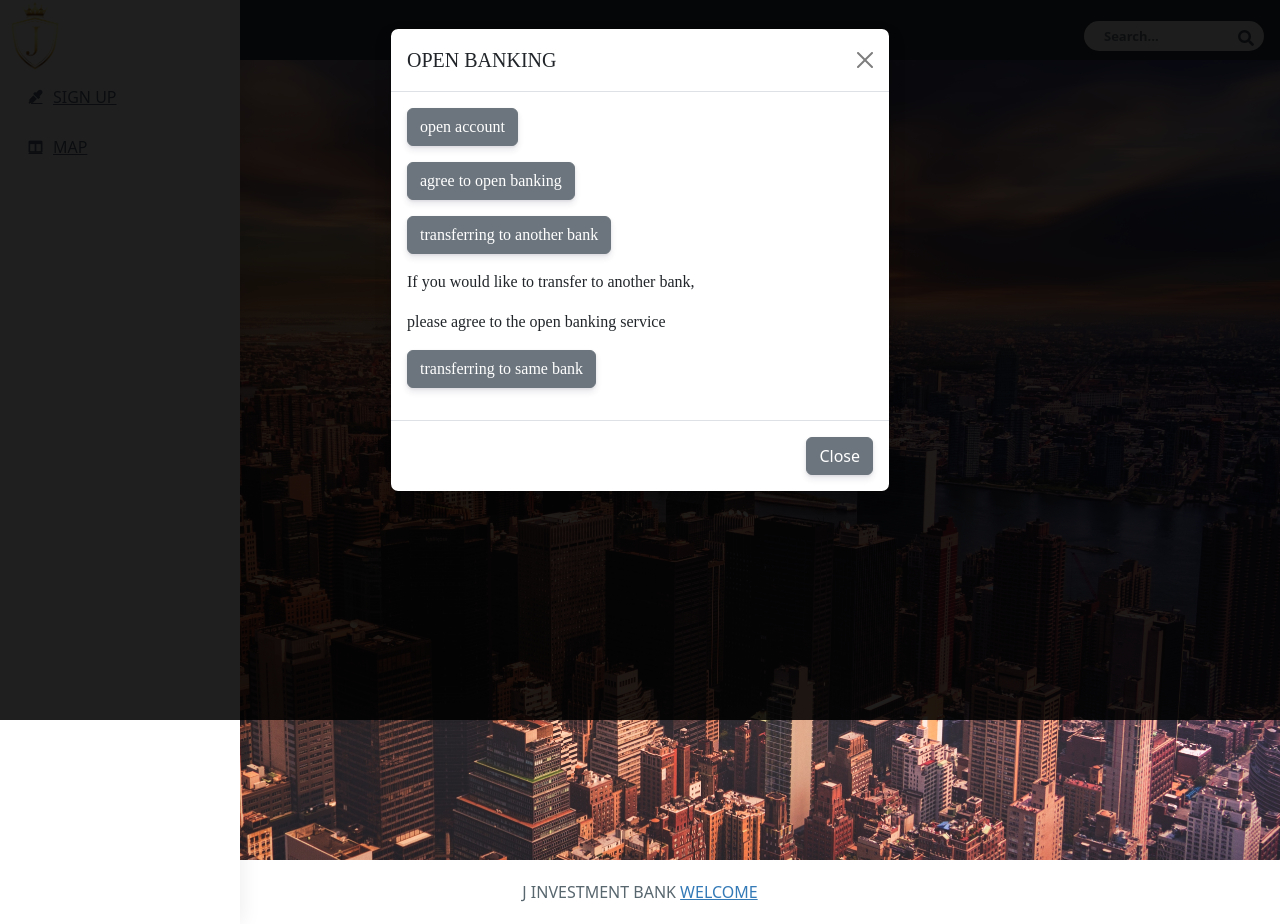
Repository: chopilyeon/HanaOpenBanking
Page: http://localhost/OpenBanking/jsp/bank/openBanking.jsp
The author's editor kept a copy of each file at every save. The page is drawn from the files as they stood at one save, then again after the next save.
The browser window is 1280 px wide. The pictures show the whole page.
Some web fonts or font styles are not loaded; a fallback is used. The page is served by Tomcat 9.

Above is the page before, as saved 2022-07-16 15:42:39.
Console error: TypeError: Cannot read properties of null (reading 'addEventListener')

After the next save:
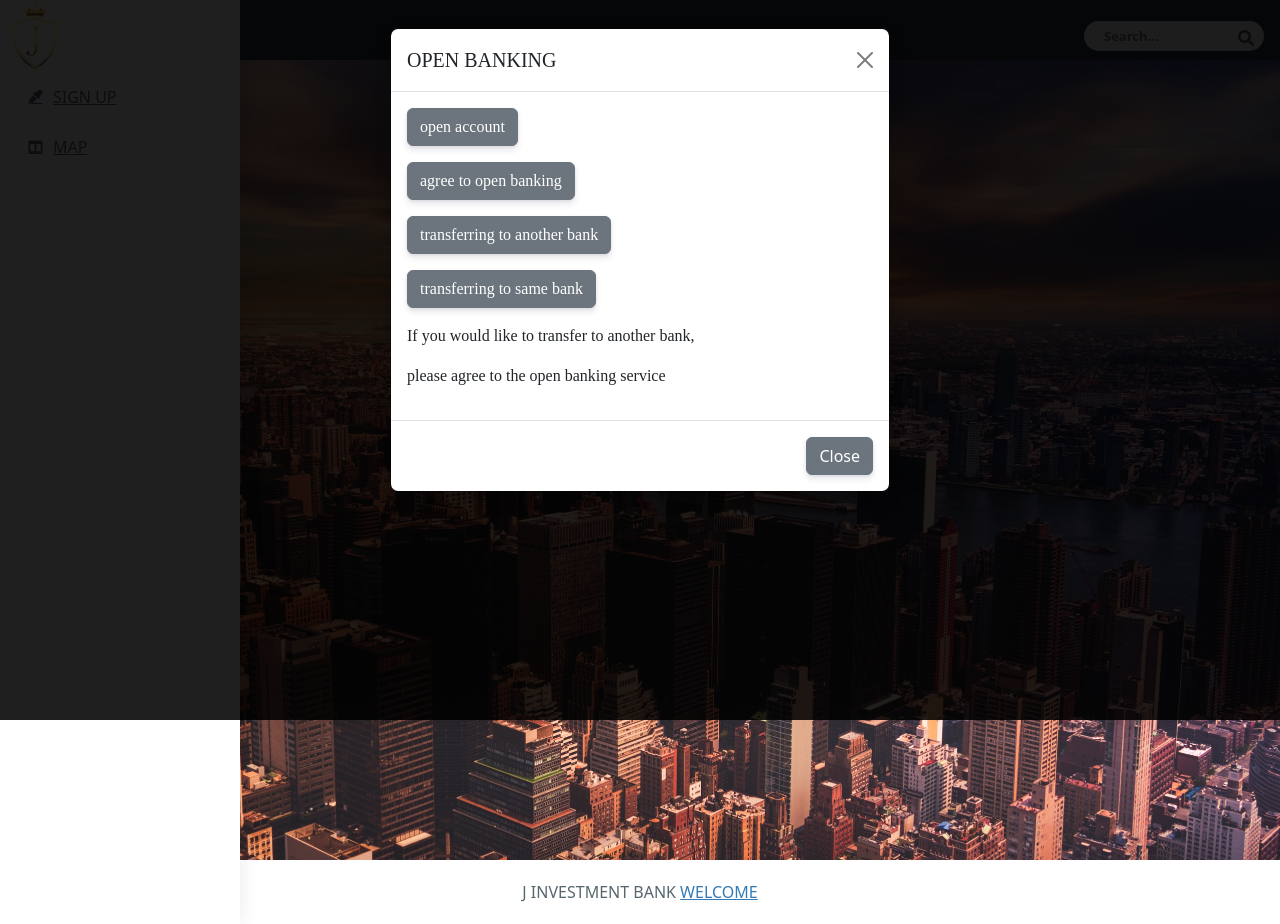
Saved 9 min 52 s later.
--- a/OpenBanking/src/main/webapp/jsp/bank/openBanking.jsp
+++ b/OpenBanking/src/main/webapp/jsp/bank/openBanking.jsp
@@ -95,11 +95,12 @@
     	<p><a href="${pageContext.request.contextPath}/bank/openAccount.do" role="button" class="btn btn-secondary" data-bs-toggle="popover" title="Popover title" data-bs-content="Popover body content is set in this attribute.">open account</a> </p>
     	<p><a href="${pageContext.request.contextPath}/bank/openBank.do" role="button" class="btn btn-secondary" data-bs-toggle="popover" title="Popover title" data-bs-content="Popover body content is set in this attribute.">agree to open banking</a> </p>
  		<p><a href="${pageContext.request.contextPath}/bank/transferToAnotherBank.do" role="button" class="btn btn-secondary" data-bs-toggle="popover" title="Popover title" data-bs-content="Popover body content is set in this attribute.">transferring to another bank</a> </p>
- 		<p>If you would like to transfer to another bank,</p>
- 		<p> please agree to the open banking service</p>
-
 
  		<p><a href="${pageContext.request.contextPath}/bank/transferToSameBank.do" role="button" class="btn btn-secondary" data-bs-toggle="popover" title="Popover title" data-bs-content="Popover body content is set in this attribute.">transferring to same bank</a> </p>
+		<c:if test="${ empty userVO }">
+		<p>If you would like to transfer to another bank,</p>
+ 		<p> please agree to the open banking service</p>
+ 		</c:if>
 
 
 
